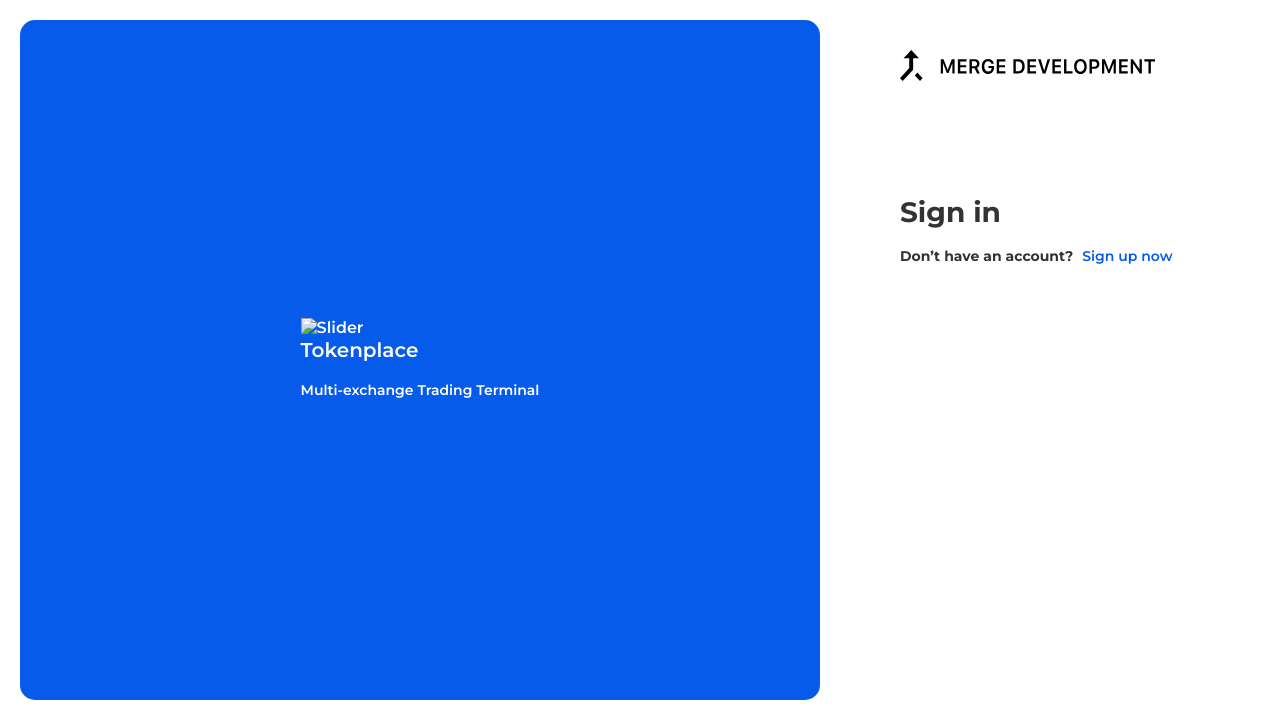
Repository: 13RedFox/form-project
Page: /
The author's editor kept a copy of each file at every save. The page is drawn from the files as they stood at one save, then again after the next save.
The browser window is 1280 px wide. The pictures show the whole page.
The project was rebuilt for these pictures with package versions that can differ from the ones it lists, and the page was loaded fresh each time.

Above is the page before, as saved 2021-08-04 18:14:48.

### public/index.html
<!DOCTYPE html>
<html lang="en">

<head>
  <meta charset="utf-8" />
  <link rel="icon" href="%PUBLIC_URL%/favicon.ico" />
  <meta name="viewport" content="width=device-width, initial-scale=1" />
  <meta name="theme-color" content="#000000" />
  <meta name="description" content="Web site created using create-react-app" />
  <link rel="apple-touch-icon" href="%PUBLIC_URL%/logo192.png" />
  <link rel="manifest" href="%PUBLIC_URL%/manifest.json" />

  <title>Form Project</title>
  <link rel="preconnect" href="https://fonts.googleapis.com">
  <link rel="preconnect" href="https://fonts.gstatic.com" crossorigin>
  <link href="https://fonts.googleapis.com/css2?family=Montserrat:wght@600;700&display=swap" rel="stylesheet">
</head>

<body>
  <noscript>You need to enable JavaScript to run this app.</noscript>
  <div id="root"></div>
</body>

</html>

### src/index.js
import React from 'react';
import ReactDOM from 'react-dom';
import './index.scss';
import App from './components/App/App';

ReactDOM.render(
  <React.StrictMode>
    <App />
  </React.StrictMode>,
  document.getElementById('root')
);

### src/index.scss
* {
  margin: 0;
  padding: 0;
  box-sizing: border-box;
  font-family: 'Montserrat', -apple-system, BlinkMacSystemFont, 'Segoe UI', 'Roboto', 'Oxygen',
    'Ubuntu', 'Cantarell', 'Fira Sans', 'Droid Sans', 'Helvetica Neue', sans-serif;
  -webkit-font-smoothing: antialiased;
  -moz-osx-font-smoothing: grayscale;
}

### src/components/App/App.jsx
import React from 'react';
import Form from '../Form/Form';
import Slider from '../Slider/Slider';

import styles from './App.module.scss';

function App() {
  return (
    <div className={styles.wrapper}>
      <Slider />
      <Form />
    </div>
  );
}

export default App;

### src/components/Form/Form.jsx
import styles from './Form.module.scss';
import { ReactComponent as LogoIcon } from '../../assets/logo.svg';

const Form = () => {
  return (
    <div className={styles.form}>
      <LogoIcon className={styles.icon} />
      <form action="#">
        <h1 className={styles.title}>Sign in</h1>
        <div className={styles.inner}>
          <p className={styles.text}>Don’t have an account?</p>
          <a href="#!" className={styles.signUp}>
            Sign up now
          </a>
        </div>
      </form>
    </div>
  );
};

export default Form;

### src/components/Slider/Slider.jsx
import styles from './Slider.module.scss';

const Slider = () => {
  return (
    <div className={styles.slider}>
      <div className={styles.card}>
        <div className={styles.wrapperImg}>
          <img src="#" alt="Slider" />
        </div>
        <h2 className={styles.title}>Tokenplace</h2>
        <p className={styles.description}>Multi-exchange Trading Terminal</p>
      </div>
    </div>
  );
};

export default Slider;

### src/components/App/App.module.scss
.wrapper {
  max-width: 1440px;
  height: 100vh;
  display: flex;
  background-color: #fff;
  padding: 20px;
  margin: 0 auto;
}

### src/components/Form/Form.module.scss
.form {
  padding-top: 30px;
  color: #333333;
}

.icon {
  margin-bottom: 110px;
}

.title {
  font-weight: bold;
  font-size: 28px;
  line-height: 34px;
  margin-bottom: 15px;
}

.inner {
  display: flex;
  align-items: center;
  margin-bottom: 60px;
}

.text {
  font-weight: bold;
  font-size: 14px;
  line-height: 24px;
}

.signUp {
  display: flex;
  font-weight: 600;
  font-size: 14px;
  line-height: 24px;
  color: #065bea;
  margin-left: 9px;
  text-decoration: none;
  transition: color 0.15s ease-in-out;

  &:hover {
    color: #0a4ab6;
  }
}

### src/components/Slider/Slider.module.scss
.slider {
  width: 800px;
  height: 100%;
  background: #065bea;
  border-radius: 15px;
  display: flex;
  justify-content: center;
  align-items: center;
  color: #fff;
  margin-right: 80px;
}

.title {
  font-weight: 600;
  font-size: 20px;
  line-height: 26px;
  margin-bottom: 15px;
}

.description {
  font-weight: 600;
  font-size: 14px;
  line-height: 24px;
}

### src/components/Input/Input.jsx
import styles from './Input.module.scss';

const Input = ({ type, label }) => {
  return (
    <label htmlFor="input" className={styles.label}>
      {label}
      <input type={type} className={styles.input} />
    </label>
  );
};

export default Input;

### src/components/Input/Input.module.scss
.label {
  display: flex;
  flex-direction: column;
  font-weight: 600;
  font-size: 14px;
  line-height: 24px;
  color: #333;
}

.input {
  width: 100%;
  max-width: 420px;
  padding: 20px;

  color: #333;
  background: #ffffff;
  border: 1px solid #065bea;
  border-radius: 8px;

  font-weight: 600;
  font-size: 14px;
  line-height: 17px;
  margin-top: 14px;
}

After the next save:
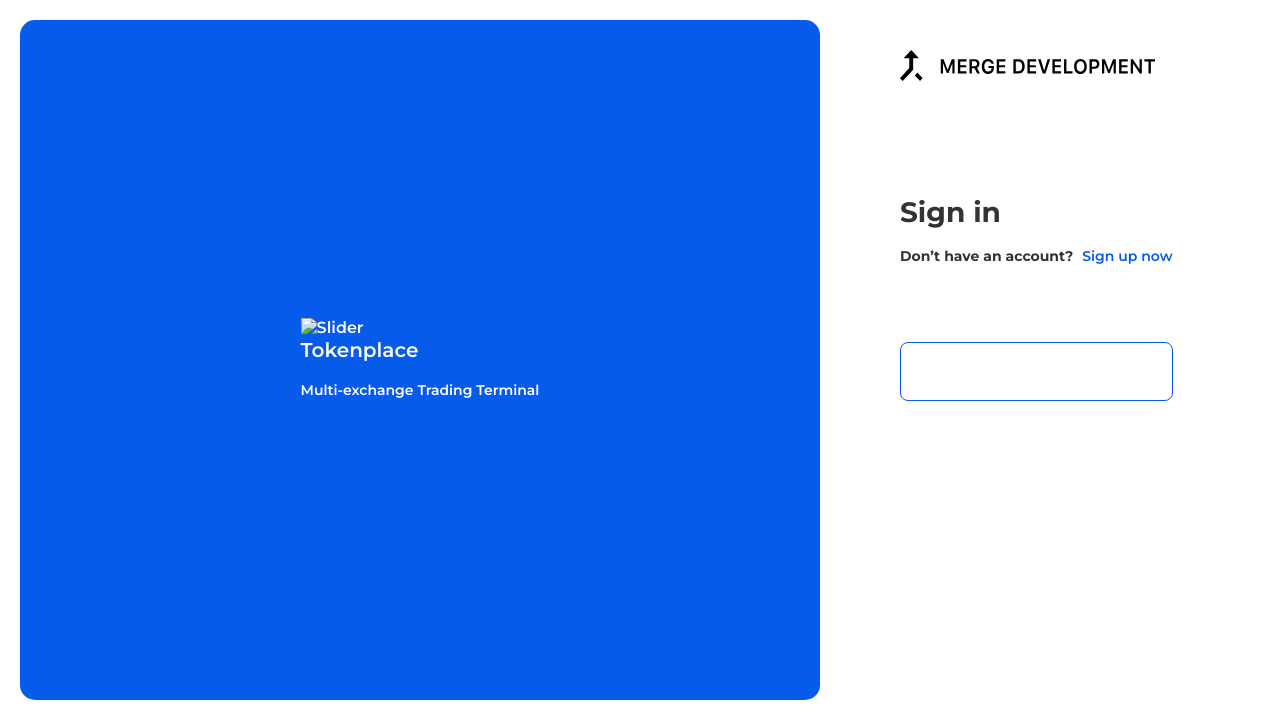
Saved 75 s later.
--- a/src/components/Form/Form.jsx
+++ b/src/components/Form/Form.jsx
@@ -1,5 +1,6 @@
 import styles from './Form.module.scss';
 import { ReactComponent as LogoIcon } from '../../assets/logo.svg';
+import Input from '../Input/Input';
 
 const Form = () => {
   return (
@@ -13,6 +14,7 @@
             Sign up now
           </a>
         </div>
+        <Input />
       </form>
     </div>
   );
